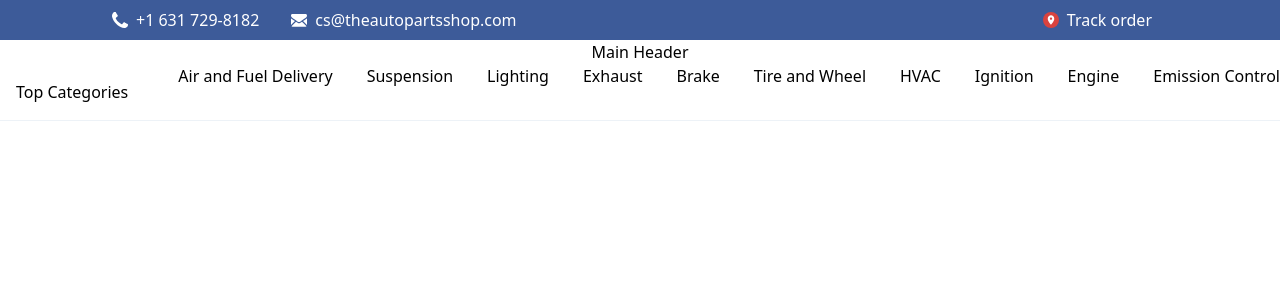
Repository: robindhimanspineor/TAPS-Next
Page: /
An editor plug-in stored every save of this project. The page is shown before and after the next save, followed by the edit.
The browser window is 1280 px wide. The pictures show the whole page.
The project was rebuilt for these pictures with package versions that can differ from the ones it lists, and the page was loaded fresh each time. The framework's server and built-in components were replaced by stand-ins that run in the browser. Also part of the build but not shown: next.config.js.

Above is the page before, as saved 2021-09-16 16:33:19.

### src/pages/index.tsx
// import { useRouter } from 'next/router';

// import { Meta } from '../layout/Meta';
// import { Main } from '../templates/Main';
import Header from '../components/common/header';

const Index = () => {
  // const router = useRouter();

  return (
    // <Main
    //   meta={
    //     <Meta
    //       title="Next.js Boilerplate Presentation"
    //       description="Next js Boilerplate is the perfect starter code for your project. Build your React application with the Next.js framework."
    //     />
    //   }
    // >
    // </Main>
    <div>
      <main className="main-container block">
        <Header />
      </main>
    </div>
  );
};

export default Index;

### src/styles/main.css
@tailwind base;
a {
  @apply text-blue-700;
}

a:hover {
  @apply border-b-2 border-blue-700;
}

@tailwind components;
@tailwind utilities;
.content p {
  @apply my-6;
}

.content ul {
  @apply my-6;
}

a {
  text-decoration: none;
  color: black;
}

### src/components/common/header/index.js
import TopHeader from './top-header';
import MainHeader from './main-header.tsx';
import CategoriesHeader from './categories-header';

const Header = () => {
  return (
    <header className="flex flex-col items-center justify-center w-full static border-b z-50">
      <TopHeader />
      <MainHeader />
      <CategoriesHeader />
    </header>
  );
};

export default Header;

### src/components/common/header/top-header.tsx
import PhoneHandle from '../../../svg/PhoneHandleSvg.js';
import MailBoxSvg from '../../../svg/MailBoxSvg.js';
import TrackOrderSvg from '../../../svg/TrackOrderSvg.js';

import topHeaderStyles from '../../../styles/top-header.module.css';
const TopHeader = () => {
  return (
    <div
      className={`${topHeaderStyles.bgBlue} head-top flex justify-between py-2 pr-32 pl-28  w-full text-base`}
    >
      <div className="w-screen max-w-screen-xl flex justify-between">
        <div className="head-top-left flex text-white font-medium w-9/12">
          <div className="head-top-phone flex items-center text-white w-auto">
            <div
              className="text-white h-6 w-6 flex items-center pr-2"
              style={{ fill: '#fff' }}
            >
              <PhoneHandle />
            </div>
            <p>+1 631 729-8182</p>
          </div>
          <div className="heap-top-email flex items-center text-white w-auto ml-8">
            <div
              className="text-white h-6 w-6 flex items-center pr-2"
              style={{ fill: '#fff' }}
            >
              <MailBoxSvg />
            </div>
            <p>cs@theautopartsshop.com</p>
          </div>
        </div>
        <div className="head-top-right text-white font-medium">
          <div
            className="head-top-track-order flex items-center text-white w-auto cursor-pointer"
            onClick={() => console.log('track order')}
          >
            <div
              className="text-white h-6 w-6 flex items-center pr-2 "
              style={{ fill: '#fff' }}
            >
              <TrackOrderSvg />
            </div>
            <p>Track order</p>
          </div>
        </div>
      </div>
    </div>
  );
};
export default TopHeader;

### src/components/common/header/main-header.tsx
const MainHeader = () => {
  return <h1>Main Header</h1>;
};

export default MainHeader;

### src/components/common/header/categories-header.tsx
import Link from 'next/link';
const CategoriesHeader = () => {
  return (
    <div className="header-categories w-screen max-w-screen-xl flex justify-between ">
      <Link href="/">
        <a className="m-4 text-black">Top Categories</a>
      </Link>
      <Link href="/air-and-fuel-delivery">Air and Fuel Delivery</Link>
      <Link href="/suspension">Suspension</Link>
      <Link href="/electrical-lighting-and-body">Lighting</Link>
      <Link href="/exhaust">Exhaust</Link>
      <Link href="/brake">Brake</Link>
      <Link href="/tire-and-wheel">Tire and Wheel</Link>
      <Link href="/hvac">HVAC</Link>
      <Link href="/ignition">Ignition</Link>
      <Link href="/engine">Engine</Link>
      <Link href="/emission-control">Emission Control</Link>
    </div>
  );
};

export default CategoriesHeader;

### src/svg/PhoneHandleSvg.js
import React from 'react';

const PhoneHandle = () => (
  <svg
    version="1.1"
    xmlns="http://www.w3.org/2000/svg"
    xmlnsXlink="http://www.w3.org/1999/xlink"
    x="0px"
    y="0px"
    width="401.998px"
    height="401.998px"
    viewBox="0 0 401.998 401.998"
    style={{ enableBackground: 'new 0 0 401.998 401.998' }}
    xmlSpace="preserve"
    aria-label="phone handle svg"
  >
    <g>
      <path
        d="M401.129,311.475c-1.137-3.426-8.371-8.473-21.697-15.129c-3.61-2.098-8.754-4.949-15.41-8.566
		c-6.662-3.617-12.709-6.95-18.13-9.996c-5.432-3.045-10.521-5.995-15.276-8.846c-0.76-0.571-3.139-2.234-7.136-5
		c-4.001-2.758-7.375-4.805-10.14-6.14c-2.759-1.327-5.473-1.995-8.138-1.995c-3.806,0-8.56,2.714-14.268,8.135
		c-5.708,5.428-10.944,11.324-15.7,17.706c-4.757,6.379-9.802,12.275-15.126,17.7c-5.332,5.427-9.713,8.138-13.135,8.138
		c-1.718,0-3.86-0.479-6.427-1.424c-2.566-0.951-4.518-1.766-5.858-2.423c-1.328-0.671-3.607-1.999-6.845-4.004
		c-3.244-1.999-5.048-3.094-5.428-3.285c-26.075-14.469-48.438-31.029-67.093-49.676c-18.649-18.658-35.211-41.019-49.676-67.097
		c-0.19-0.381-1.287-2.19-3.284-5.424c-2-3.237-3.333-5.518-3.999-6.854c-0.666-1.331-1.475-3.283-2.425-5.852
		s-1.427-4.709-1.427-6.424c0-3.424,2.713-7.804,8.138-13.134c5.424-5.327,11.326-10.373,17.7-15.128
		c6.379-4.755,12.275-9.991,17.701-15.699c5.424-5.711,8.136-10.467,8.136-14.273c0-2.663-0.666-5.378-1.997-8.137
		c-1.332-2.765-3.378-6.139-6.139-10.138c-2.762-3.997-4.427-6.374-4.999-7.139c-2.852-4.755-5.799-9.846-8.848-15.271
		c-3.049-5.424-6.377-11.47-9.995-18.131c-3.615-6.658-6.468-11.799-8.564-15.415C98.986,9.233,93.943,1.997,90.516,0.859
		C89.183,0.288,87.183,0,84.521,0c-5.142,0-11.85,0.95-20.129,2.856c-8.282,1.903-14.799,3.899-19.558,5.996
		c-9.517,3.995-19.604,15.605-30.264,34.826C4.863,61.566,0.01,79.271,0.01,96.78c0,5.135,0.333,10.131,0.999,14.989
		c0.666,4.853,1.856,10.326,3.571,16.418c1.712,6.09,3.093,10.614,4.137,13.56c1.045,2.948,2.996,8.229,5.852,15.845
		c2.852,7.614,4.567,12.275,5.138,13.988c6.661,18.654,14.56,35.307,23.695,49.964c15.03,24.362,35.541,49.539,61.521,75.521
		c25.981,25.98,51.153,46.49,75.517,61.526c14.655,9.134,31.314,17.032,49.965,23.698c1.714,0.568,6.375,2.279,13.986,5.141
		c7.614,2.854,12.897,4.805,15.845,5.852c2.949,1.048,7.474,2.43,13.559,4.145c6.098,1.715,11.566,2.905,16.419,3.576
		c4.856,0.657,9.853,0.996,14.989,0.996c17.508,0,35.214-4.856,53.105-14.562c19.219-10.656,30.826-20.745,34.823-30.269
		c2.102-4.754,4.093-11.273,5.996-19.555c1.909-8.278,2.857-14.985,2.857-20.126C401.99,314.814,401.703,312.819,401.129,311.475z"
      />
    </g>
    <g />
    <g />
    <g />
    <g />
    <g />
    <g />
    <g />
    <g />
    <g />
    <g />
    <g />
    <g />
    <g />
    <g />
    <g />
  </svg>
);

export default PhoneHandle;

### src/svg/MailBoxSvg.js
import React from 'react';

const MailBoxSvg = () => (
  <svg
    version="1.1"
    xmlns="http://www.w3.org/2000/svg"
    xmlnsXlink="http://www.w3.org/1999/xlink"
    x="0px"
    y="0px"
    width="550.795px"
    height="550.795px"
    viewBox="0 0 550.795 550.795"
    style={{ enableBackground: 'new 0 0 550.795 550.795' }}
    xmlSpace="preserve"
    aria-label="mail box"
  >
    <g>
      <g>
        <path
          d="M501.613,491.782c12.381,0,23.109-4.088,32.229-12.16L377.793,323.567c-3.744,2.681-7.373,5.288-10.801,7.767
			c-11.678,8.604-21.156,15.318-28.434,20.129c-7.277,4.822-16.959,9.737-29.045,14.755c-12.094,5.024-23.361,7.528-33.813,7.528
			h-0.306h-0.306c-10.453,0-21.72-2.503-33.813-7.528c-12.093-5.018-21.775-9.933-29.045-14.755
			c-7.277-4.811-16.75-11.524-28.434-20.129c-3.256-2.387-6.867-5.006-10.771-7.809L16.946,479.622
			c9.119,8.072,19.854,12.16,32.234,12.16H501.613z"
        />
        <path
          d="M31.047,225.299C19.37,217.514,9.015,208.598,0,198.555V435.98l137.541-137.541
			C110.025,279.229,74.572,254.877,31.047,225.299z"
        />
        <path
          d="M520.059,225.299c-41.865,28.336-77.447,52.73-106.75,73.195l137.486,137.492V198.555
			C541.98,208.396,531.736,217.306,520.059,225.299z"
        />
        <path
          d="M501.613,59.013H49.181c-15.784,0-27.919,5.33-36.42,15.979C4.253,85.646,0.006,98.97,0.006,114.949
			c0,12.907,5.636,26.892,16.903,41.959c11.267,15.061,23.256,26.891,35.961,35.496c6.965,4.921,27.969,19.523,63.012,43.801
			c18.917,13.109,35.368,24.535,49.505,34.395c12.05,8.396,22.442,15.667,31.022,21.701c0.985,0.691,2.534,1.799,4.59,3.269
			c2.215,1.591,5.018,3.61,8.476,6.107c6.659,4.816,12.191,8.709,16.597,11.683c4.4,2.975,9.731,6.298,15.985,9.988
			c6.249,3.685,12.143,6.456,17.675,8.299c5.533,1.842,10.655,2.766,15.367,2.766h0.306h0.306c4.711,0,9.834-0.924,15.368-2.766
			c5.531-1.843,11.42-4.608,17.674-8.299c6.248-3.69,11.572-7.02,15.986-9.988c4.406-2.974,9.938-6.866,16.598-11.683
			c3.451-2.497,6.254-4.517,8.469-6.102c2.057-1.476,3.605-2.577,4.596-3.274c6.684-4.651,17.1-11.892,31.104-21.616
			c25.482-17.705,63.01-43.764,112.742-78.281c14.957-10.447,27.453-23.054,37.496-37.803c10.025-14.749,15.051-30.22,15.051-46.408
			c0-13.525-4.873-25.098-14.598-34.737C526.461,63.829,514.932,59.013,501.613,59.013z"
        />
      </g>
    </g>
    <g />
    <g />
    <g />
    <g />
    <g />
    <g />
    <g />
    <g />
    <g />
    <g />
    <g />
    <g />
    <g />
    <g />
    <g />
  </svg>
);

export default MailBoxSvg;

### src/svg/TrackOrderSvg.js
import React from 'react';

const TrackOrderSvg = () => (
    <svg xmlns="http://www.w3.org/2000/svg"
        version="1.1"
        id="Layer_1"
        x="0px"
        y="0px"
        viewBox="0 0 28 28"
        style={{ enableBackground: "new 0 0 28 28" }}>

        <circle id="Ellipse_2" fill="#D9433E" cx="14" cy="14" r="14" />
        <path id="Icon_material-location-on" fill="#FFFFFF" d="M14,5.9c-3.1,0-5.7,2.5-5.7,5.7c0,0,0,0,0,0c0,4.3,5.7,10.5,5.7,10.5  s5.7-6.3,5.7-10.5C19.7,8.4,17.1,5.9,14,5.9C14,5.9,14,5.9,14,5.9z M14,13.6c-1.1,0-2-0.9-2-2c0-1.1,0.9-2,2-2c1.1,0,2,0.9,2,2l0,0  C16,12.7,15.1,13.6,14,13.6z" />
    </svg>
);

export default TrackOrderSvg;

### src/styles/top-header.module.css
.bgBlue {
  background-color: #3d5b99;
}

Loaded but not shown: src/pages/_app.tsx (common file); src/pages/_document.tsx (common file); src/utils/AppConfig.ts (common file); tailwind.config.js (common file)

After the next save:
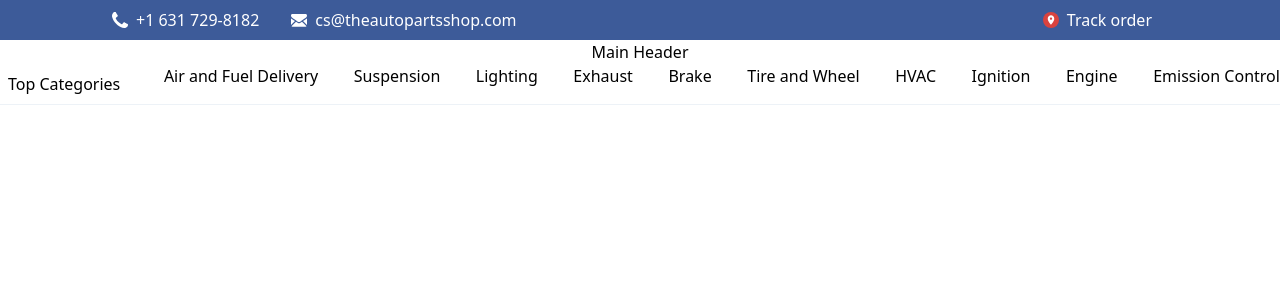
Saved 61 s later.
--- a/src/components/common/header/categories-header.tsx
+++ b/src/components/common/header/categories-header.tsx
@@ -3,7 +3,7 @@ const CategoriesHeader = () => {
   return (
     <div className="header-categories w-screen max-w-screen-xl flex justify-between ">
       <Link href="/">
-        <a className="m-4 text-black">Top Categories</a>
+        <a className="m-2 text-black">Top Categories</a>
       </Link>
       <Link href="/air-and-fuel-delivery">Air and Fuel Delivery</Link>
       <Link href="/suspension">Suspension</Link>
